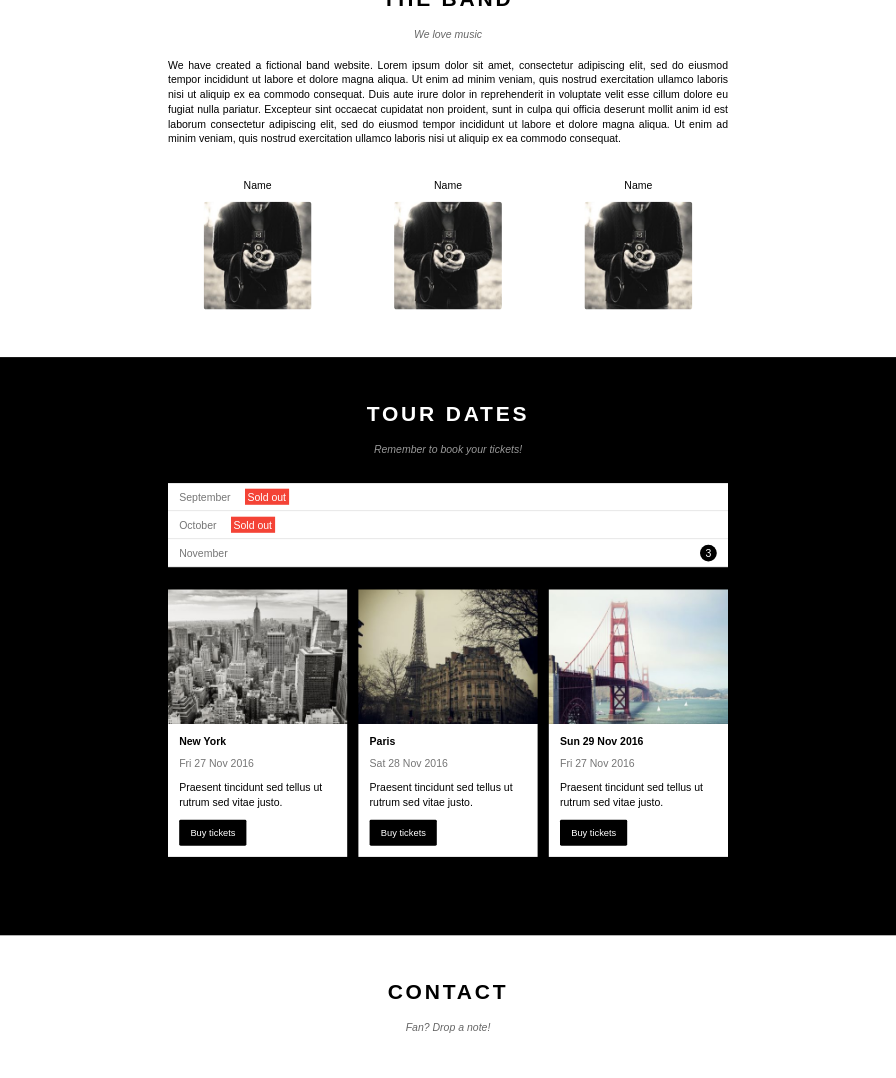
Repository: Phunobita/The-band-w3school
Page: index.html
These files come from the project's save history. The page is drawn as it stood at one moment and after the next save; the edit follows.
The browser window is 1280 px wide. The pictures show the part of the page from y = 433 to 2353 px (the page is 1973 px tall before and 2353 px after), at 70% of full size.
A picture or video elsewhere on the page could not be fetched, so the positions and the page height are approximate.

Above is the page before, as saved 2021-12-03 15:30:52.

### index.html
<!DOCTYPE html>
<html lang="en">

<head>
    <meta charset="UTF-8">
    <meta http-equiv="X-UA-Compatible" content="IE=edge">
    <meta name="viewport" content="width=device-width, initial-scale=1.0">
    <title>The band</title>
    <link rel="stylesheet" href="./assets/fonts/themify-icons-font/themify-icons/themify-icons.css">
    <link rel="stylesheet" href="./assets/css/style.css">
</head>

<body>
    <div id="main">
        <div id="header">
            <!--Begin nav-->
            <ul id="nav">
                <li><a href="">Home</a></li>
                <li><a href="">Band</a></li>
                <li><a href="">Tour</a></li>
                <li><a href="">Contact</a></li>
                <li>
                    <a href="">
                        More
                        <i class="nav-arrow-down ti-angle-down"></i>
                    </a>
                    <ul class="subnav">
                        <li><a href="">Merchandise</a></li>
                        <li><a href="">Extras</a></li>
                        <li><a href="">Media</a></li>
                    </ul>
                </li>
            </ul>
            <!--End nav-->
            <div class="search-btn">
                <i class="search-icon ti-search"></i>
            </div>
        </div>

        <div id="slider">
            <img src="./assets/img/chicago.jpg" alt="" class="slider__img">
            <div class="text-content">
                <h2 class="heading">New York</h2>
                <div class="content">The atmosphere in New York is lorem ipsum</div>
            </div>

        </div>
        <!--About section-->
        <div id="content">
            <div class="content-section">
                <h2 class="section-heading">THE BAND</h2>
                <p class="section-sub-heading">We love music</p>
                <p class="about-text">We have created a fictional band website. Lorem ipsum dolor sit amet, consectetur
                    adipiscing elit, sed do eiusmod tempor incididunt ut labore et dolore magna aliqua. Ut enim ad minim
                    veniam, quis nostrud exercitation ullamco laboris nisi ut aliquip ex ea commodo consequat. Duis aute
                    irure dolor in reprehenderit in voluptate velit esse cillum dolore eu fugiat nulla pariatur.
                    Excepteur sint occaecat cupidatat non proident, sunt in culpa qui officia deserunt mollit anim id
                    est laborum consectetur adipiscing elit, sed do eiusmod tempor incididunt ut labore et dolore magna
                    aliqua. Ut enim ad minim veniam, quis nostrud exercitation ullamco laboris nisi ut aliquip ex ea
                    commodo consequat.</p>
                <div class=" row member-list">
                    <div class="member-item">
                        <p class="member-name">Name</p>
                        <img src="./assets/img/tv.jpg" alt="Name" class="member-img">
                    </div>
                    <div class="member-item">
                        <p class="member-name">Name</p>
                        <img src="./assets/img/tv.jpg" alt="Name" class="member-img">
                    </div>
                    <div class="member-item">
                        <p class="member-name">Name</p>
                        <img src="./assets/img/tv.jpg" alt="Name" class="member-img">
                    </div>
                    <div class="clear"></div>
                </div>
            </div>

            <!--Tour section-->
            <div class="tour__section">
                <div class="content-section">
                    <h2 class="section-heading text-white">TOUR DATES</h2>
                    <p class="section-sub-heading text-white">Remember to book your tickets!</p>

                    <ul class="ticket__list">
                        <li class="ticket__list-item">
                            September
                            <span class="sold-out">Sold out</span>
                        </li>
                        <li class="ticket__list-item">
                            October
                            <span class="sold-out">Sold out</span>
                        </li>
                        <li class="ticket__list-item">
                            November
                            <span class="quantity">3</span>
                        </li>
                    </ul>
                    <div class="row place__list">
                        <div class="col col-third ">
                            <img src="./assets/img/newyork.jpg" alt="New York" class="place__img">
                            <div class="place-body">
                                <h3 class="place-heading">New York</h3>
                                <p class="place-time">Fri 27 Nov 2016</p>
                                <p class="place-description">Praesent tincidunt sed tellus ut rutrum sed vitae justo.
                                </p>
                                <button href="#" class="place-buy-btn js-buy-ticket">Buy tickets</button>
                            </div>
                        </div>
                        <div class="col col-third ">
                            <img src="./assets/img/paris.jpg" alt="New York" class="place__img">
                            <div class="place-body">
                                <h3 class="place-heading">Paris</h3>
                                <p class="place-time">Sat 28 Nov 2016</p>
                                <p class="place-description">Praesent tincidunt sed tellus ut rutrum sed vitae justo.
                                </p>
                                <button href="#" class="place-buy-btn js-buy-ticket">Buy tickets</button>
                            </div>
                        </div>
                        <div class="col col-third ">
                            <img src="./assets/img/sanfran.jpg" alt="New York" class="place__img">
                            <div class="place-body">
                                <h3 class="place-heading">Sun 29 Nov 2016</h3>
                                <p class="place-time">Fri 27 Nov 2016</p>
                                <p class="place-description">Praesent tincidunt sed tellus ut rutrum sed vitae justo.
                                </p>
                                <button href="#" class="place-buy-btn js-buy-ticket">Buy tickets</button>
                            </div>
                        </div>
                        <div class="clear"></div>
                    </div>
                </div>
            </div>
            <!--Contact section-->
            <div class="content-section">
                <h2 class="section-heading">CONTACT</h2>
                <p class="section-sub-heading">Fan? Drop a note!</p>
            </div>

            <div id="footer">

            </div>
        </div>
        <div class="modal js-modal">
            <div class="modal-container js-modal-container">
                <div class="modal-close js-modal-close">
                    <i class="ti-close"></i>
                </div>

                <header class="modal-header">
                    <i class="modal-heading-icon ti-bag"></i>
                    Tickets
                </header>

                <div class="modal-body">
                    <label for="ticket-quantity" class="modal-label">
                        <i class="ti-shopping-cart"></i>
                        Tickets, $15 per person
                    </label>
                    <input id="ticket-quantity" type="text" class="modal-input" placeholder="How many?">

                    <label for="ticket-email" class="modal-label">
                        <i class="ti-user"></i>
                        Send To
                    </label>
                    <input id="ticket-email" type="email" class="modal-input" placeholder="Enter email">
                    <button id="buy-ticket">
                        Pay <i class="ti-check"></i>
                    </button>
                </div>
                <footer class="modal-footer">
                    <p class="modal-help">Need <a href="">help?</a></p>
                </footer>
            </div>
        </div>
    </div>

    <script>
        const buyBtns = document.querySelectorAll('.js-buy-ticket')
        const modal = document.querySelector('.js-modal')
        const modalContainer = document.querySelector('.js-modal-container')
        const modalClose = document.querySelector('.js-modal-close')

        function showBuyTickets() {
            modal.classList.add('open')
        }

        function hideBuyTickets() {
            modal.classList.remove('open')
        }

        for (const buyBtn of buyBtns) {
            buyBtn.addEventListener('click', showBuyTickets)
        }

        modalClose.addEventListener('click', hideBuyTickets)
        modal.addEventListener('click', hideBuyTickets)
        modalContainer.addEventListener('click', function (event) {
            event.stopPropagation()
        }
        )
    </script>
</body>

</html>

### assets/css/style.css
* {
  padding: 0;
  margin: 0;
  box-sizing: border-box;
}
html {
  font-family: Arial, Helvetica, sans-serif;
}
/*
1.vi tri
2. kich thuoc
3.Mau sac
4. Hinh dang
*/
.clear {
  clear: both;
}
.text-white {
  color: #fff !important;
}

.row {
  margin-left: -8px;
  margin-right: -8px;
}

.col {
  float: left;
  padding-left: 8px;
  padding-right: 8px;
}

.col-half {
  width: 50%;
}
.col-third {
  width: 33.3333%;
}
#main {
}
#header {
  height: 46px;
  background-color: black;
  position: fixed;
  top: 0;
  left: 0;
  right: 0;
  z-index: 1;
}
#nav {
  display: inline-block;
}
#nav,
.subnav {
  list-style-type: none;
}
#nav > li > a {
  color: #fff;
  text-transform: uppercase;
}
#nav li a {
  text-decoration: none;
  line-height: 46px;
  padding: 0 24px;
  display: block;
}
#nav > li:hover > a,
#nav .subnav li:hover a {
  color: black;
  background-color: #ccc;
}
#nav li:hover .subnav {
  display: block;
}
#nav > li {
  display: inline-block;
  position: relative;
}
#nav .nav-arrow-down {
  font-size: 14px;
}
#nav .subnav {
  display: none;
  min-width: 160px;
  position: absolute;
  top: 100%;
  background-color: white;
  box-shadow: 0 0 10px rgba(0, 0, 0, 0.3);
}
#nav .subnav a {
  color: black;
  padding: 0 12px;
  line-height: 38px;
}
#header .search-btn {
  float: right;
  padding: 0 21px;
  cursor: pointer;
}
#header .search-icon {
  color: #fff;
  font-size: 20px;
  line-height: 46px;
}
#header .search-btn:hover {
  background-color: #f44336;
}
#slider {
  margin-top: 46px;
  position: relative;
  background: url("/assets/img/chicago.jpg") top center / cover no-repeat;
}
#slider .text-content {
  position: absolute;
  bottom: 47px;
  color: white;
  width: 100%;
  text-align: center;
}
#silder .heading {
  font-weight: 500px;
  font-size: 24px;
}
#slider .content {
  font-size: 15px;
  margin-top: 25px;
}
#content {
}
#content .content-section {
  padding: 64px 0;
  width: 800px;
  margin-left: auto;
  margin-right: auto;
}
#content .section-heading {
  font-size: 30px;
  font-weight: 500px;
  text-align: center;
  letter-spacing: 4px;
}
#content .section-sub-heading {
  font-size: 15px;
  text-align: center;
  margin-top: 25px;
  font-style: italic;
  opacity: 0.6;
}
#content .about-text {
  margin-top: 25px;
  text-align: justify;
  line-height: 1.4;
  font-size: 15px;
}
#content .member-item {
  float: left;
  width: calc(100% / 3);
  text-align: center;
}
#content .member-list {
  margin-top: 48px;
}
#content .member-name {
  font-size: 15px;
  margin-bottom: 15px;
}
#content .member-img {
  width: 154px;
  border-radius: 4px;
}

/* Tour section */
.tour__section {
  background-color: #000;
}

.ticket__list {
  background-color: #fff;
  margin-top: 40px;
  list-style: none;
}
.ticket__list-item {
  color: #757575;
  font-size: 15px;
  padding: 11px 16px;
  border-bottom: 1px solid #ddd;
}
.ticket__list .sold-out {
  color: #fff;
  background-color: #f44336;
  padding: 3px 4px;
  margin-left: 16px;
}
.ticket__list .quantity {
  float: right;
  width: 24px;
  height: 24px;
  background-color: #000;
  color: #fff;
  border-radius: 50%;
  text-align: center;
  line-height: 24px;
  margin-top: -3px;
}

/*  Place body*/
.place__list {
  margin-top: 32px;
  margin-bottom: 48px;
}

.place__img {
  width: 100%;
  display: block;
}
.place__img:hover {
  opacity: 0.7;
}
.place-body {
  background-color: #fff;
  padding: 16px;
  font-size: 15px;
}
.place-heading {
  font-size: 15px;
  font-weight: 600;
}
.place-time {
  margin-top: 15px;
  color: #757575;
}
.place-description {
  margin-top: 15px;
  line-height: 1.4;
}
.place-buy-btn {
  display: inline-block;
  background-color: black;
  border: none;
  color: #fff;
  text-decoration: none;
  padding: 11px 16px;
  margin-top: 15px;
  border-radius: 2px;
  cursor: pointer;
}
.place-buy-btn:hover {
  color: #000;
  background-color: #ccc;
}

/* Modal */
.modal {
  position: fixed;
  top: 0;
  left: 0;
  bottom: 0;
  right: 0;
  background-color: rgba(0, 0, 0, 0.4);
  align-items: center;
  justify-content: center;
  display: none;
}
.modal.open {
  display: flex;
}
.modal-container {
  background-color: #fff;
  width: 900px;
  max-width: calc(100% - 32px);
  min-height: 200px;
  position: relative;
  animation: modalFadeIn ease 0.5s;
}
.modal-header {
  background-color: #009688;
  height: 130px;
  display: flex;
  align-items: center;
  justify-content: center;
  font-size: 30px;
  color: #fff;
}
.modal-heading-icon {
  margin-right: 16px;
}
.modal-close {
  position: absolute;
  right: 0;
  top: 0;
  padding: 16px;
  cursor: pointer;
  color: #fff;
}
.modal-close:hover {
  background-color: #ccc;
}
.modal-body {
  padding: 16px;
}

.modal-label {
  display: block;
  font-size: 15px;
  margin-bottom: 12px;
}

.modal-input {
  border: 1px solid #ccc;
  font-size: 15px;
  width: 100%;
  padding: 10px;
  margin-bottom: 24px;
}
#buy-ticket {
  background-color: #009688;
  border: none;
  width: 100%;
  padding: 18px;
  font-size: 15px;
  color: #fff;
  text-transform: uppercase;
  font-weight: 700;
  cursor: pointer;
}
#buy-ticket:hover {
  opacity: 0.8;
}

.modal-footer {
  padding: 16px;
  text-align: right;
}
.modal-help a {
  color: #2196f3;
}
#footer {
}

@keyframes modalFadeIn {
  from {
    opacity: 0;
    transform: translateY(-150px);
  }
  to {
    opacity: 1;
    transform: translateY(0);
  }
}

Loaded but not shown: assets/fonts/themify-icons-font/themify-icons/themify-icons.css (common file)

After the next save:
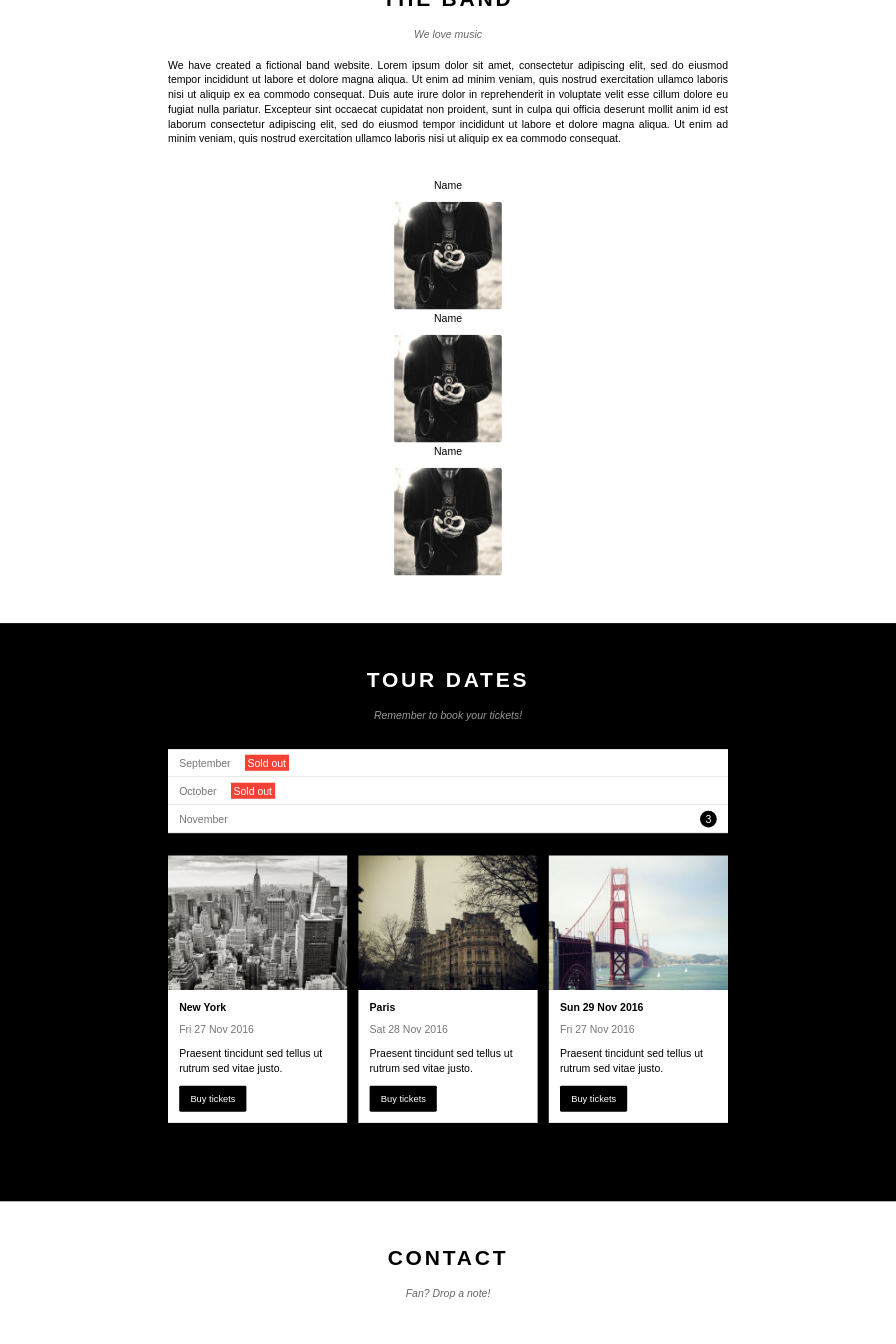
Saved 40 s later.
--- a/assets/css/style.css
+++ b/assets/css/style.css
@@ -153,8 +153,6 @@
   font-size: 15px;
 }
 #content .member-item {
-  float: left;
-  width: calc(100% / 3);
   text-align: center;
 }
 #content .member-list {
